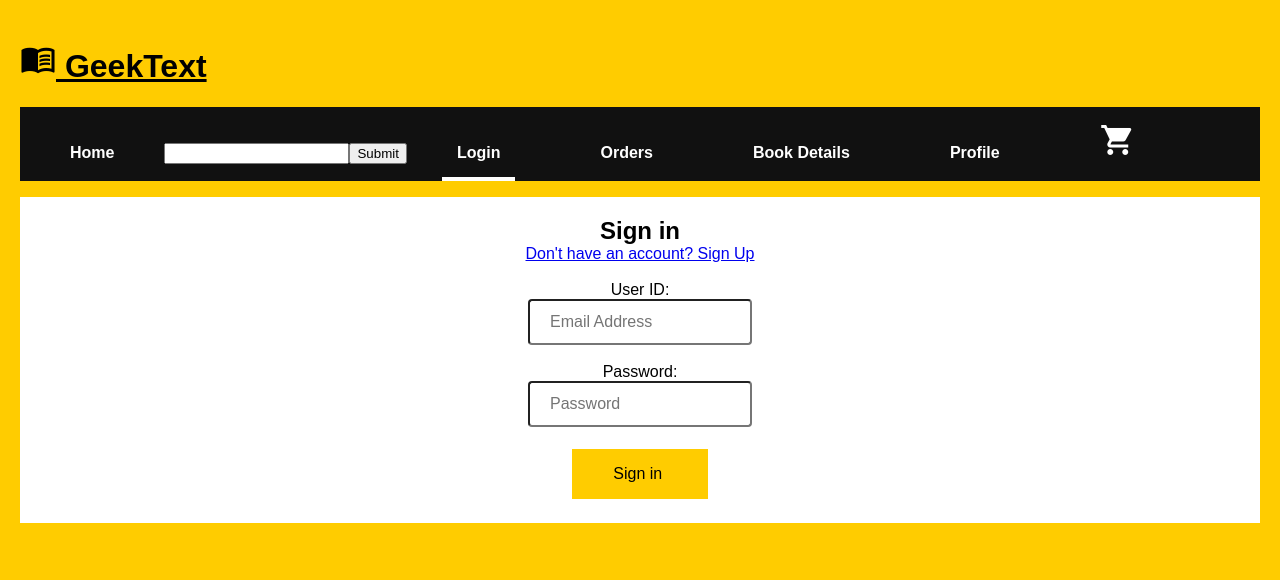
Repository: MikeAngelino/CEN4010
Page: /#/Login (app in client/)
An editor plug-in stored every save of this project. The page is shown before and after the next save, followed by the edit.
The browser window is 1280 px wide. The pictures show the whole page.
The project was rebuilt for these pictures with package versions that can differ from the ones it lists, and the page was loaded fresh each time. Also part of the build but not shown: client/src/pages/Home.js, client/src/pages/Register.js, client/src/pages/Orders.js, client/src/pages/BookDetails.js, client/src/pages/ShopCart.js, client/src/pages/Profile.js.

Above is the page before, as saved 2020-04-02 01:12:42.

### client/public/index.html
<!DOCTYPE html>
<html lang="en">
	<head>
		<meta charset="utf-8" />
		<link rel="icon" href="./favicon.ico" />
		<meta name="viewport" content="width=device-width, initial-scale=1" />
		<meta name="theme-color" content="#000000" />
		<meta
			name="description"
			content="Web site created using create-react-app"
		/>
		<link rel="apple-touch-icon" href="./logo192.png" />

		<!-- Google icons import link -->
		<link
			href="https://fonts.googleapis.com/icon?family=Material+Icons"
			rel="stylesheet"
		/>
		<!--
      manifest.json provides metadata used when your web app is installed on a
      user's mobile device or desktop. See https://developers.google.com/web/fundamentals/web-app-manifest/
    -->
		<link rel="manifest" href="./manifest.json" />
		<!--
      Notice the use of %PUBLIC_URL% in the tags above.
      It will be replaced with the URL of the `public` folder during the build.
      Only files inside the `public` folder can be referenced from the HTML.

      Unlike "/favicon.ico" or "favicon.ico", "%PUBLIC_URL%/favicon.ico" will
      work correctly both with client-side routing and a non-root public URL.
      Learn how to configure a non-root public URL by running `npm run build`.
    -->
		<title>GeekText</title>
	</head>
	<body>
		<noscript
			>You need to enable JavaScript to run this app. NO SHIT!!</noscript
		>
		<div id="root"></div>
		<!--
      This HTML file is a template.
      If you open it directly in the browser, you will see an empty page.

      You can add webfonts, meta tags, or analytics to this file.
      The build step will place the bundled scripts into the <body> tag.

      To begin the development, run `npm start` or `yarn start`.
      To create a production bundle, use `npm run build` or `yarn build`.
    -->
	</body>
</html>

### client/src/index.js
import React from 'react';
import ReactDOM from 'react-dom';
import './index.css';
import App from './App';
import * as serviceWorker from './serviceWorker';
import axios from 'axios';
import * as tokenService from './services/token';

axios.defaults.baseURL = 'http://localhost:3002'

axios.interceptors.request.use((config) => ({
    ...config,
    headers: {
        ...config.headers,
        'x-auth-token': tokenService.get()
    }
}))

ReactDOM.render(<App />, document.getElementById('root'));

// If you want your app to work offline and load faster, you can change
// unregister() to register() below. Note this comes with some pitfalls.
// Learn more about service workers: https://bit.ly/CRA-PWA
serviceWorker.unregister();

### client/src/index.css
body {
	background-color: #ffcc00;
	padding: 20px;
	margin: 0;
}
h1,
h2,
p,
ul,
li {
	font-family: sans-serif;
	color: #000000;
}
ul.header li {
	display: inline;
	list-style-type: none;
	margin: 35px;
}
ul.header {
	background-color: #111;
	padding: 0;
}
ul.header li a {
	color: #fff;
	font-weight: bold;
	text-decoration: none;
	padding: 15px;
	display: inline-block;
}

.content {
	background-color: #fff;
	padding: 20px;
}

.content h2 {
	padding: 0;
	margin: 0;
}
.content li {
	margin-bottom: 5px;
}

/* Miguel M. From here my css starts */
.active {
	/* active page indicator //background-color: rgb(55, 107, 141); */
	border-bottom: 4px solid white;
}

.flexbox-container {
	height: auto;
	display: flex;
	flex-wrap: wrap;
}

.flexbox-item {
	width: 200px;
	margin: 8px;
	border: 4px solid #333;
	background-color: #dfdfdf;
}

.flexbox-item-1 {
	max-height: 300px;
}

.flexbox-item-2 {
	max-height: 300px;
}

.flexbox-item-3 {
	max-height: 300px;
}

.flexbox-item-4 {
	max-height: 300px;
}

.flexbox-item-5 {
	max-height: 300px;
}

.flexbox-item-6 {
	max-height: 300px;
}

.book-wrapper {
	text-align: center;
}

.fit-container {
	width: 100%;
}

/* google fonts or icons req */
@font-face {
	font-family: 'Material Icons';
	font-style: normal;
	font-weight: 400;
	src: url(https://example.com/MaterialIcons-Regular.eot);
	/* For IE6-8 */
	src: local('Material Icons'), local('MaterialIcons-Regular'),
		url(https://example.com/MaterialIcons-Regular.woff2) format('woff2'),
		url(https://example.com/MaterialIcons-Regular.woff) format('woff'),
		url(https://example.com/MaterialIcons-Regular.ttf) format('truetype');
}

.material-icons {
	font-family: 'Material Icons';
	font-weight: normal;
	font-style: normal;
	font-size: 36px;
	/* Preferred icon size */
	display: inline-block;
	line-height: 1;
	text-transform: none;
	letter-spacing: normal;
	word-wrap: normal;
	white-space: nowrap;
	direction: ltr;
	/* Support for all WebKit browsers. */
	-webkit-font-smoothing: antialiased;
	/* Support for Safari and Chrome. */
	text-rendering: optimizeLegibility;
	/* Support for Firefox. */
	-moz-osx-font-smoothing: grayscale;
	/* Support for IE. */
	font-feature-settings: 'liga';
}

.material-icons.orange600 {
	color: rgb(255, 255, 255);
}

.material-icons.md-dark {
	color: rgb(255, 255, 255);
}

.material-icons.md-dark.md-inactive {
	color: rgb(244, 244, 244);
}

/*^^ Miguel M. Contribution ends here ^^*/

/**********BOOK DETAILS CSS********************/

.details {
	font-family: Lato;
}

.details-img {
	height: 400px;
}

.details-description {
}

.details-authorBio {
}

.details-Basics {
}

/*********************************************/ /**********BOOK DETAILS CSS********************/

.details {
	font-family: Lato;
}

.details-img {
	height: 300px;
}

.details-description {
}

.details-authorBio {
}

.details-Basics {
}

/*********************************************/

### client/src/App.js
import React from 'react';
import './index.css';
import Home from './pages/Home';
import Register from './pages/Register';
import Login from './pages/Login';
import Orders from './pages/Orders';
import BookDetails from './pages/BookDetails';
import ShopCart from './pages/ShopCart';
import Profile from './pages/Profile';
import { Route, HashRouter, NavLink } from 'react-router-dom';

// NPM RUN CLIENT is the updated src folder, (NPM RUN SERVER/NPM START) runs build in my case which is the old green template
//Use ctrL + C to stop the server
//Always run NPM INSTALL on a newly cloned file
//Do not push updates to master branch, push to your own branch PLZ

//updated file structure on my branch (miguel) 2/17/20
//npm install after downloading/ npm install --save react-bootstrap mighe be needed for BookDetails to work
// npm install react-router-dom --save to fix initial error
//npm npm run client to run this package

const App = () => (
	<HashRouter>
		<div>
			{/* Link TITLE with home Page*/}
			<NavLink to="/" style={{ textDecoration: 'none' }}>
				<h1>
					<i class="material-icons">menu_book</i> GeekText
				</h1>
			</NavLink>

			{/* styles this section with css*/}
			<ul className="header">
				<li>
					<NavLink exact to="/">
						Home
					</NavLink>
				</li>

				{/* search bar*/}
				<input type="text" />
				<button type="submit">Submit</button>

				{/* search bar with database integration built*/}
				{/* <input onchange={this.props.handleSearch} type="text"/>
          <button type="submit">Submit</button> */}

				<li>
					<NavLink to="/Login">Login</NavLink>
				</li>
				<li>
					<NavLink to="/Orders">Orders</NavLink>
				</li>
				<li>
					<NavLink to="/BookDetails">Book Details</NavLink>
				</li>
				<li>
					<NavLink to="/Profile">Profile</NavLink>
				</li>

				<li>
					<NavLink to="/ShopCart">
						<i class="material-icons md-dark md-24">shopping_cart</i>
					</NavLink>
				</li>
			</ul>

			{/* styles this section with css*/}
			<div className="content">
				<Route exact path="/" component={Home} />
				<Route path="/Register" component={Register} />
				<Route path="/Login" component={Login} />
				<Route path="/Orders" component={Orders} />
				<Route path="/Book/:id" component={BookDetails} />
				<Route path="/ShopCart" component={ShopCart} />
				<Route path="/Profile" component={Profile} />
			</div>
		</div>
	</HashRouter>
);

export default App;

### client/src/services/token.js
export const store = (token) => {
    localStorage.setItem('token', token);
}

export const get = () => localStorage.getItem('token');

### client/src/pages/Login.js
import React from 'react';
import { Link, Redirect } from 'react-router-dom';
import './Register.css';
import axios from 'axios';
import * as tokenService from '../services/token';

const Login = () => {
	// Set the states to empty before the user fills them out
	const [authenticated, setAuthenticated] = React.useState(false);
	const [userId, setUserId] = React.useState('');
	const [password, setPassword] = React.useState('');

	// Checks the data against the database to see if the user exists
	// If they do, log them in
	const handleSubmit = async e => {
		e.preventDefault();
		const { data: { token } } = await axios.post('/api/auth/', { userId, password });
		tokenService.store(token);
		localStorage.setItem('userId', userId);
		setAuthenticated(true);
	};

	return authenticated ? <Redirect to="/Profile" /> : (
		<div>
			<h2 id="login">Sign in</h2>
			<div class="registerlink">
				<Link to="/Register" id="registration">
				Don't have an account? Sign Up
				</Link>
			</div>
			<br />
			<form id="login">
				<label class="label">
					User ID:
					<br />
					<input
						type="text"
						onChange={e => setUserId(e.target.value)}
						id="reg"
						name="userid"
						placeholder="Email Address"
						required
					/>
				</label>
				<br />
				<br />
				<label class="label">
					Password:
					<br />
					<input
						type="password"
						onChange={e => setPassword(e.target.value)}
						id="reg"
						name="password"
						placeholder="Password"
						minLength="8"
						required
					/>
				</label>
				<br />
				<br />
				<input
					type="submit"
					onClick={handleSubmit}
					class="submit"
					value="  Sign in   "
				/>
			</form>
		</div>
	);
};

export default Login;

### client/src/pages/Register.css
#registration {
	font-family: Arial, Helvetica, sans-serif;
	text-align: center;
}

#login {
	font-family: Arial, Helvetica, sans-serif;
	text-align: center;
}

.registerlink {
	text-align: center;
}

.loginlink {
	text-align: center;
}

#reg {
	width: 15%;
	position: relative;
	padding: 12px 20px;
	border-radius: 4px;
	font-size: 1rem;
	font-weight: 400;
	line-height: normal;
	box-shadow: 0px 4px 20px 0px transparent;
}

.submit {
	background-color: #ffcc00;
	border: none;
	color: black;
	padding: 16px 32px;
	text-decoration: none;
	margin: 4px 2px;
	cursor: pointer;
	font-size: 1rem;
}

.submit:hover {
	background-color: #dcb000;
}

### client/src/pages/Profile.css
h1,
h3 {
	font-family: Arial, Helvetica, sans-serif;
}

h1 {
	text-decoration: underline;
}

Loaded but not shown: client/src/serviceWorker.js (common file)

After the next save:
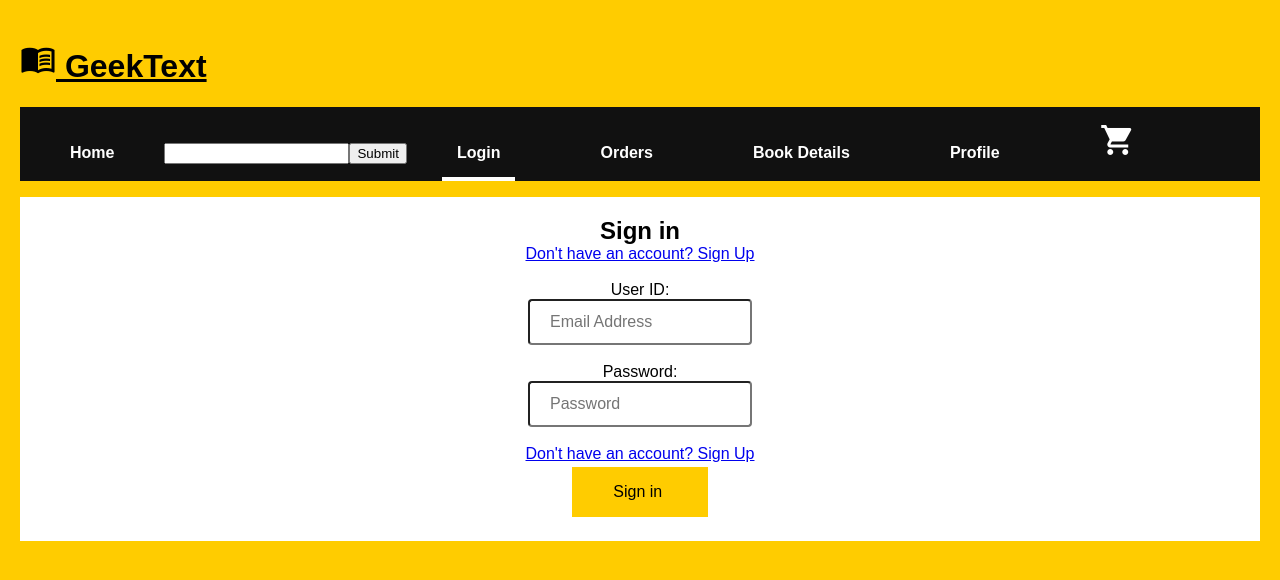
Saved 77 s later.
--- a/client/src/pages/Login.js
+++ b/client/src/pages/Login.js
@@ -59,6 +59,12 @@ const Login = () => {
 				</label>
 				<br />
 				<br />
+				<div class="registerlink">
+				<Link to="/Register" id="registration">
+						Don't have an account? Sign Up
+				</Link>
+				</div>
+
 				<input
 					type="submit"
 					onClick={handleSubmit}
